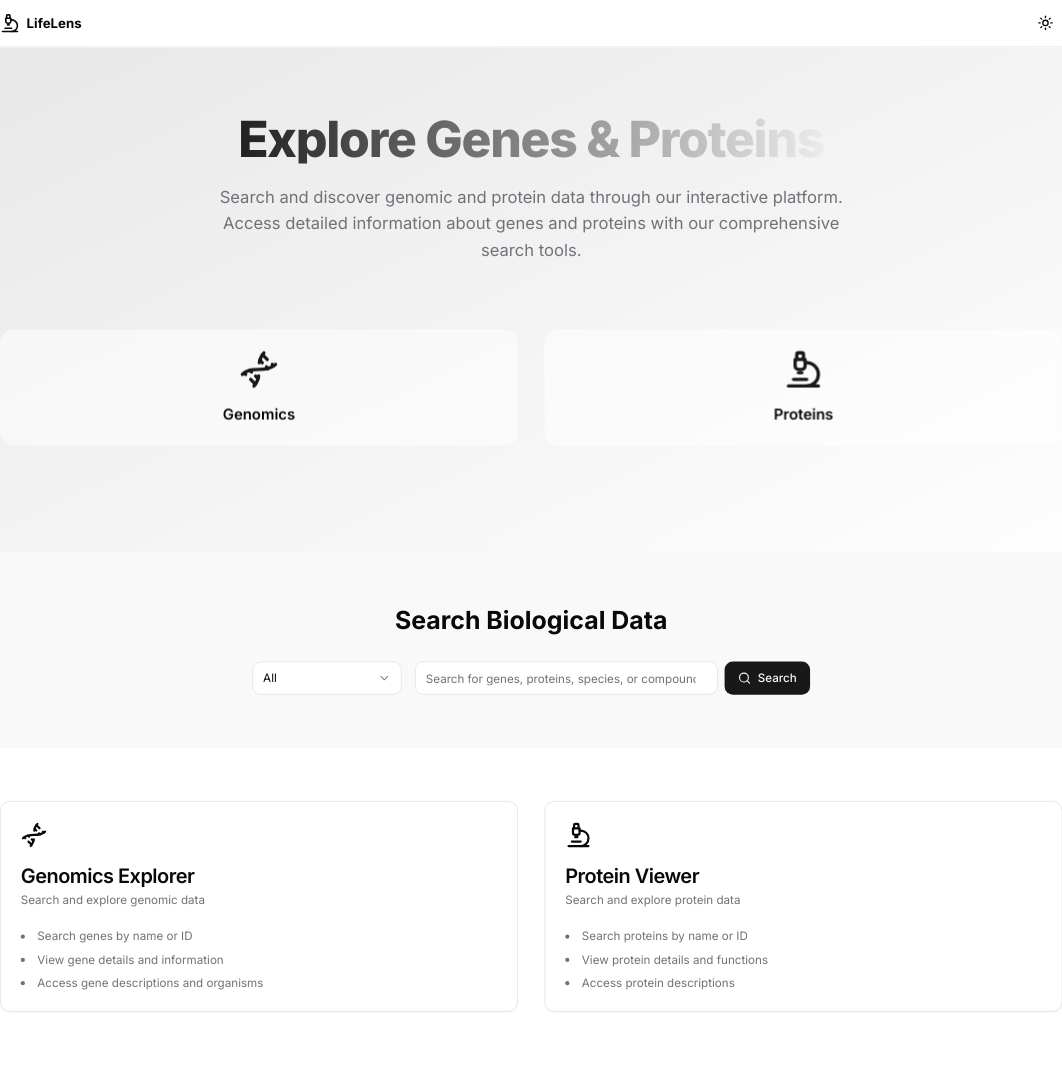
Repository: AlexMercer00/LifeLens
Page: /
The author's editor kept a copy of each file at every save. The page is drawn from the files as they stood at one save, then again after the next save.
The browser window is 1280 px wide. The pictures show the whole page, at 83% of full size.
The project was rebuilt for these pictures with package versions that can differ from the ones it lists, and the page was loaded fresh each time. The framework's server and built-in components were replaced by stand-ins that run in the browser. Also part of the build but not shown: next.config.js, components/ui/tabs.tsx, components/ui/badge.tsx, components/search-results.tsx.

Above is the page before, as saved 2024-11-17 15:09:23.

After the next save:
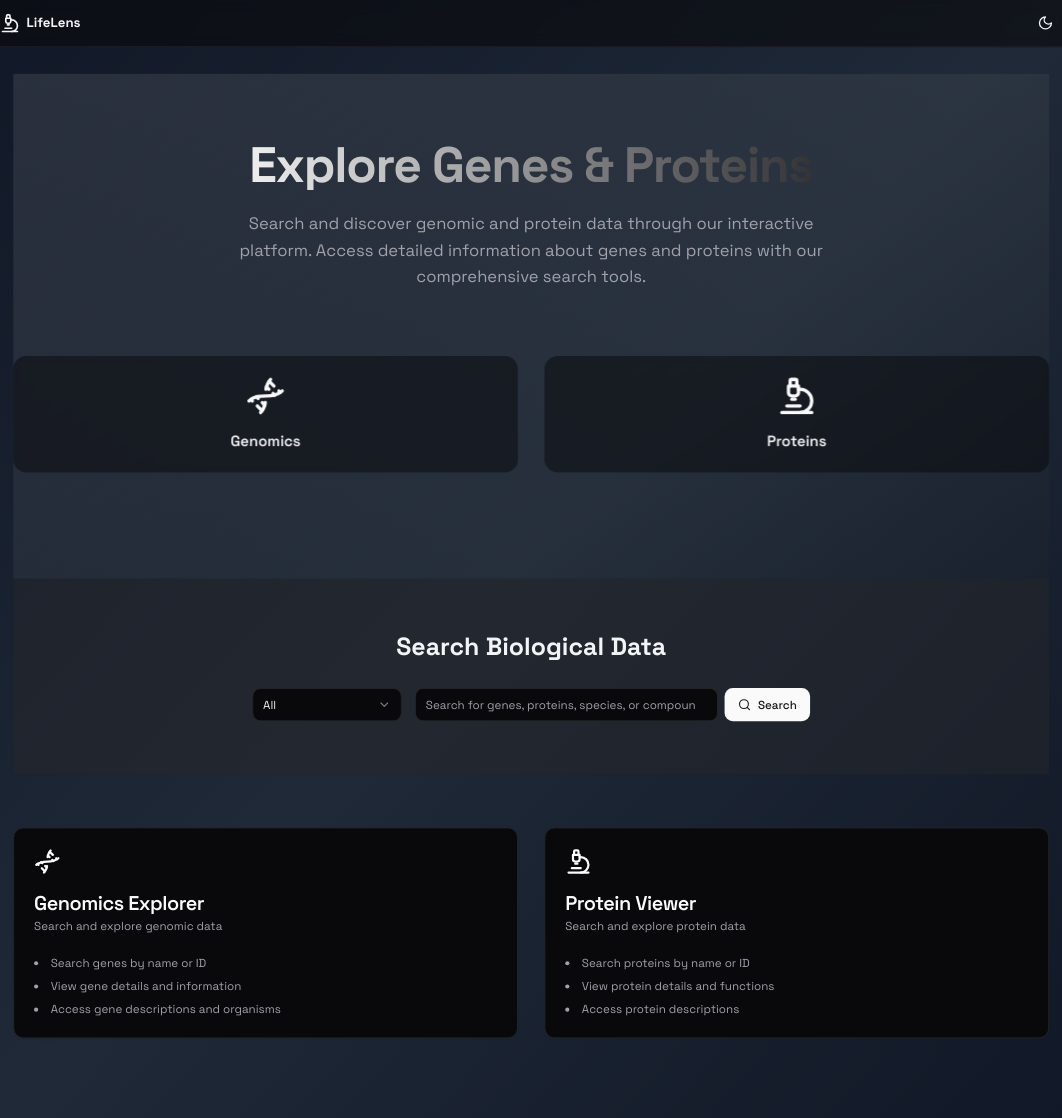
Saved 91 s later.
--- a/app/layout.tsx
+++ b/app/layout.tsx
@@ -1,15 +1,15 @@
 import type { Metadata } from 'next';
-import { Inter } from 'next/font/google';
+import { Space_Grotesk } from 'next/font/google';
 import { ThemeProvider } from '@/components/theme-provider';
 import { Navigation } from '@/components/navigation';
 import { Toaster } from '@/components/ui/toaster';
 import './globals.css';
 
-const inter = Inter({ subsets: ['latin'] });
+const spaceGrotesk = Space_Grotesk({ subsets: ['latin'] });
 
 export const metadata: Metadata = {
-  title: 'LifeLens - Explore the Blueprint of Life Through Data',
-  description: 'Discover and visualize biological data including genes, proteins, species, and chemical compounds through an interactive platform.',
+  title: 'LifeLens - Explore Genes & Proteins',
+  description: 'Discover and visualize genomic and protein data through an interactive, futuristic platform.',
 };
 
 export default function RootLayout({
@@ -19,18 +19,20 @@ export default function RootLayout({
 }) {
   return (
     <html lang="en" suppressHydrationWarning>
-      <body className={inter.className}>
+      <body className={spaceGrotesk.className}>
         <ThemeProvider
           attribute="class"
-          defaultTheme="system"
+          defaultTheme="dark"
           enableSystem
           disableTransitionOnChange
         >
-          <Navigation />
-          <main className="min-h-screen bg-background">
-            {children}
-          </main>
-          <Toaster />
+          <div className="min-h-screen bg-gradient-to-br from-gray-900 via-gray-800 to-gray-900 text-gray-100">
+            <Navigation />
+            <main className="container mx-auto px-4 py-8">
+              {children}
+            </main>
+            <Toaster />
+          </div>
         </ThemeProvider>
       </body>
     </html>
